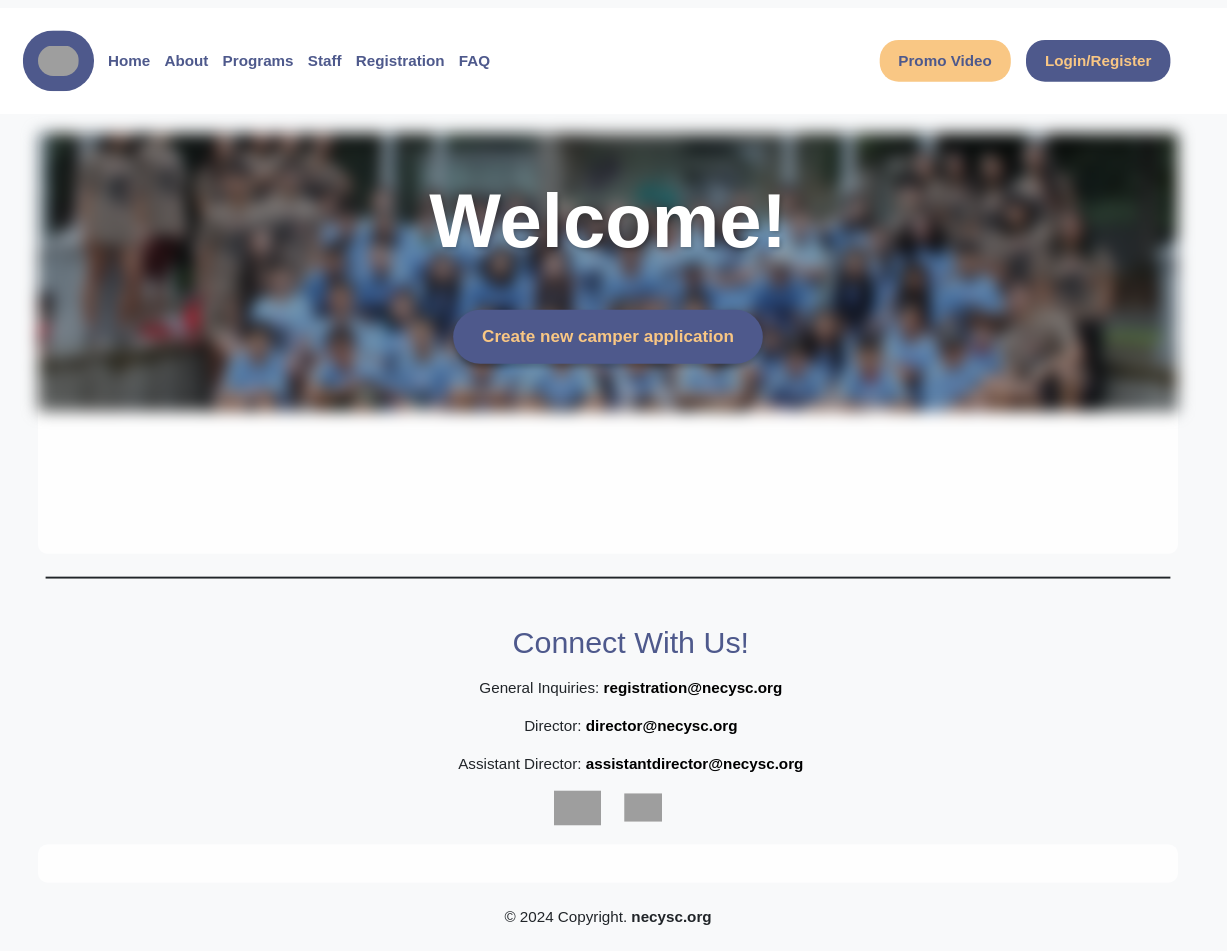
Repository: fullstackatbrown/project-necysc
Page: necysc_app/templates/necysc_app/applicant/index.html
The author's editor kept a copy of each file at every save. The page is drawn from the files as they stood at one save, then again after the next save.
The browser window is 1280 px wide. The page is 1292 px wide, so the pictures cover 1292 px, including what lies to the right of the window. The pictures show the whole page, at 95% of full size.
Pictures or frames that could not be fetched are drawn as grey boxes. Some web fonts or font styles are not loaded; a fallback is used. The template is drawn by Django 5.2. The application's start-up code is not run. The template is opened directly, without the code that normally fills it, so the values that code supplies are empty.

Above is the page before, as saved 2024-12-04 03:16:55.

After the next save:
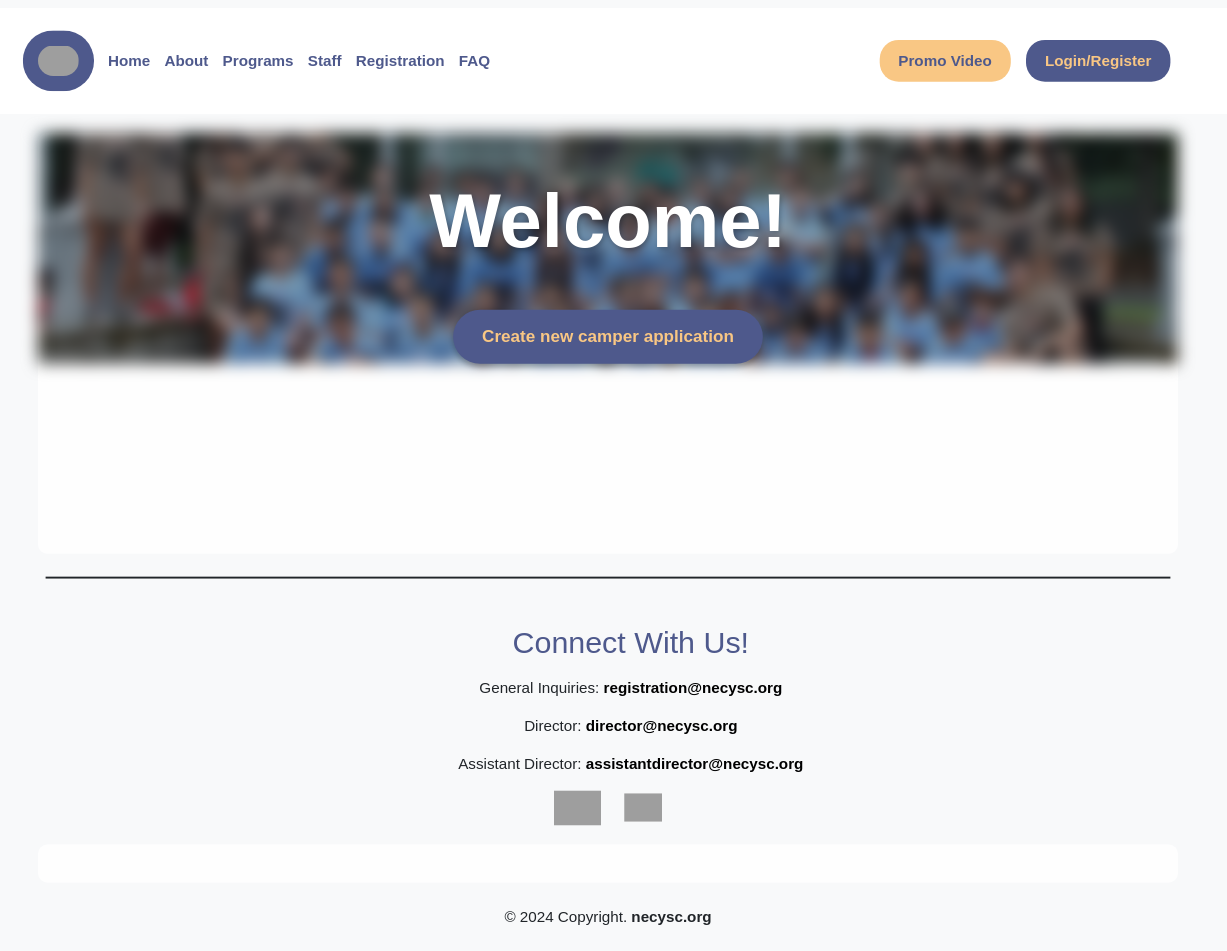
Saved 37 s later.
--- a/necysc_app/templates/necysc_app/applicant/index.html
+++ b/necysc_app/templates/necysc_app/applicant/index.html
@@ -21,7 +21,7 @@
         top: 0;
         left: 0;
         width: 100%;
-        height: calc(100% - 150px);
+        height: calc(100% - 200px);
         z-index: -1;
         background-image: url("{% static 'necysc_app/images/necyscbannerimage.jpg' %}");
         background-size: cover;

After the save that followed:
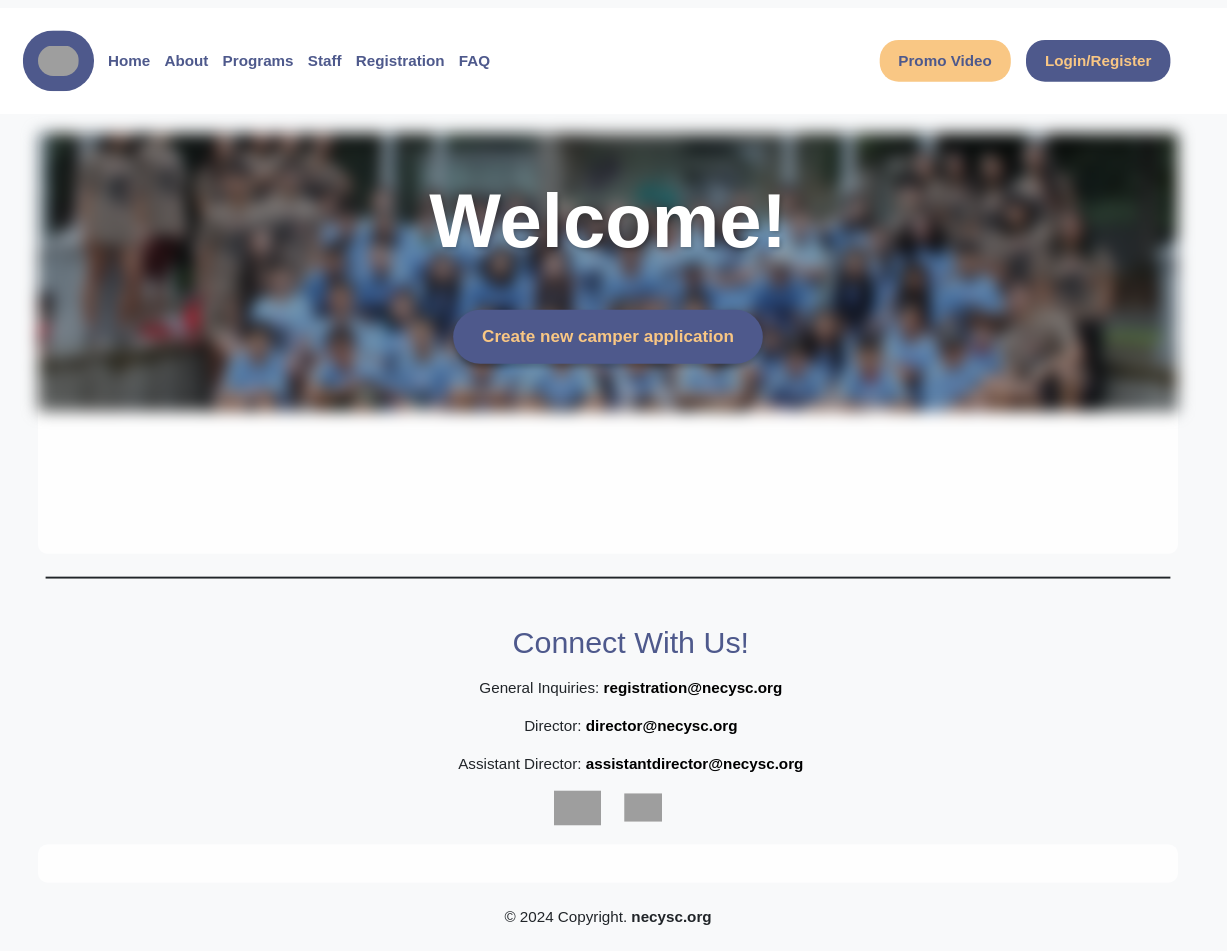
Saved 11 s later.
--- a/necysc_app/templates/necysc_app/applicant/index.html
+++ b/necysc_app/templates/necysc_app/applicant/index.html
@@ -21,7 +21,7 @@
         top: 0;
         left: 0;
         width: 100%;
-        height: calc(100% - 200px);
+        height: calc(100% - 150px);
         z-index: -1;
         background-image: url("{% static 'necysc_app/images/necyscbannerimage.jpg' %}");
         background-size: cover;
